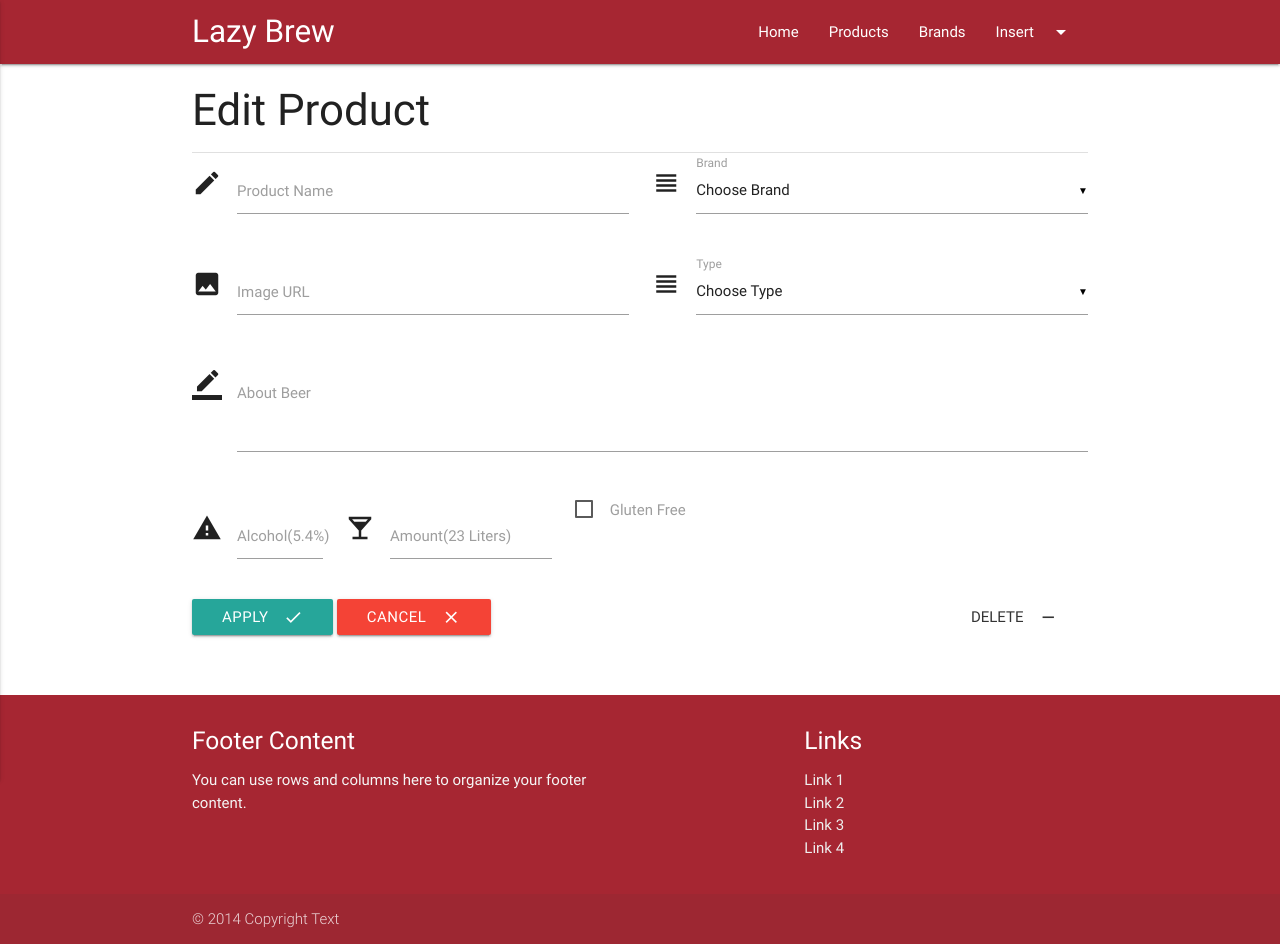
Repository: Leon2ev/lazy-brew
Page: templates/editproduct.html
The author's editor kept a record of every edit. The page is drawn from the files as they stood at one moment, then again after the next edit.
The browser window is 1280 px wide. The pictures show the whole page.
Some web libraries are served in a nearby version. The page is served by the project's application, run on Flask 3 (app.py). The template is opened directly, without the code that normally fills it, so the values that code supplies are empty.

Above is the page before.

### templates/editproduct.html
{% extends 'base.html' %}
{% block content %}
    <div class="container">
        <h3>Edit Product</h3>
        <div class="divider"></div>
        <form action="{{url_for('update_product', product_id=product._id)}}" method="POST" class="edit_product col s12">
            <div class="row">
                <div class="input-field col s12 l6">
                    <i class="material-icons prefix">create</i>
                    <input id="name" name="name" type="text" class="validate" value="{{product.name}}">
                    <label for="icon_prefix">Product Name</label>
                </div>
                <div class="input-field col s12 l6">
                    <i class="material-icons prefix">view_headline</i>
                    <select id="brand_id" name="brand_id">
                        <option value="" disabled selected>Choose Brand</option>
                        {% for brand in brands %}
                            {% if brand._id == product.brand_id %}
                                <option value={{brand._id}} selected >{{brand.name}}</option>
                            {% else %}
                                <option value="{{brand._id}}">{{brand.name}}</option>
                            {% endif %}
                        {% endfor %}
                    </select>
                    <label>Brand</label>
                </div>
            </div>
            <div class="row">
                <div class="input-field col s12 l6">
                    <i class="material-icons prefix">insert_photo</i>
                    <input id="image_url" name="image_url" type="text" class="validate" value="{{product.image_url}}">
                    <label for="icon_prefix">Image URL</label>
                </div>
                <div class="input-field col s12 l6">
                    <i class="material-icons prefix">view_headline</i>
                    <select id="type_id" name="type_id">
                        <option value="" disabled selected>Choose Type</option>
                        {% for type in types %}
                            {% if type._id == product.type_id %}
                                <option value="{{type._id}}" selected >{{type.name}}</option>
                            {% else %}
                                <option value="{{type._id}}">{{type.name}}</option>
                            {% endif %}
                        {% endfor %}
                    </select>
                    <label>Type</label>
                </div>
            </div>
            <div class="row">
                <div class="input-field col s12">
                    <i class="material-icons prefix">border_color</i>
                    <textarea id="textarea1" name="about" class="materialize-textarea">{{product.about}}</textarea>
                    <label for="icon_prefix">About Beer</label>
                </div>
            </div>
            <div class="row">
                <div class="input-field col s12 l2">
                    <i class="material-icons prefix">warning</i>
                    <input id="abv" name="abv" type="text" class="validate" value="{{product.abv}}">
                    <label for="icon_prefix">Alcohol(5.4%)</label>
                </div>
                <div class="input-field col s12 l3">
                    <i class="material-icons prefix">local_bar</i>
                    <input id="amount" name="amount" type="text" class="validate" value="{{product.amount}}">
                    <label for="icon_prefix">Amount(23 Liters)</label>
                </div>
                <div class="checkbox col s12 l2">
                    {% if product.gluten %}
                        <input type="checkbox" id="gluten" name="gluten" checked />
                    {% else %}
                        <input type="checkbox" id="gluten" name="gluten" />
                    {% endif %}
                    <label for="gluten">Gluten Free</label>
                </div>
            </div>
            <div class="row">
                <div class="col s12">
                    <button class="btn waves-effect waves-light" type="submit">Apply
                        <i class="material-icons right">check</i>
                    </button>
                    <a class="waves-effect waves-light btn modal-trigger red" href="#modal1">Cancel
                        <i class="material-icons right">clear</i>
                    </a>
                    <a class="waves-effect waves-light btn-flat right modal-trigger delete-btn" href="#modal2">Delete
                        <i class="material-icons right">remove</i>
                    </a>
                </div>
            </div>
        </form>
        <div class="row">
            <div id="modal1" class="modal">
                <div class="modal-content">
                    <h4>Are you agree to cancel?</h4>
                    <p>All changes will be lost and you will go back to description page.</p>
                </div>
                <div class="modal-footer">
                    <a href="#!" class="modal-action modal-close waves-effect waves-green btn-flat">Go Back</a>
                    <a href="{{url_for('get_description', product_id=product._id)}}" class="modal-action modal-close waves-effect waves-green btn-flat">Agree</a>
                </div>
            </div>
            <div id="modal2" class="modal">
                <div class="modal-content">
                    <h4>Are you agree to delete {{product.name}}?</h4>
                    <p>All data will be lost.</p>
                </div>
                <div class="modal-footer">
                    <a href="#!" class="modal-action modal-close waves-effect waves-green btn-flat">Go Back</a>
                    <a href="{{url_for('delete_product', product_id=product._id)}}" class="modal-action modal-close waves-effect waves-green btn-flat">Agree</a>
                </div>
            </div>
        </div>
    </div>
{% endblock %}

### templates/base.html
<!DOCTYPE html>
<html lang="en">
    <head>
        <meta charset="UTF-8">
        <meta name="viewport" content="width=device-width, initial-scale=1.0">
        <meta http-equiv="X-UA-Compatible" content="ie=edge">

        <title>Document</title>

        <link href="https://fonts.googleapis.com/icon?family=Material+Icons" rel="stylesheet">
        <link rel="stylesheet" href="https://cdnjs.cloudflare.com/ajax/libs/materialize/0.100.2/css/materialize.min.css">
        <link rel="stylesheet" href="{{url_for('static', filename='css/style.css')}}" type="text/css">
    </head>
    <body>
        <header>
            <nav class="navbar">
                <div class="container nav-wrapper">
                    <a href="{{url_for('home_page')}}" class="brand-logo">Lazy Brew</a>
                    <a href="#" data-activates="mobile-demo" class="button-collapse"><i class="material-icons">menu</i></a>
                    <ul class="right hide-on-med-and-down">
                        <li><a href="{{url_for('home_page')}}">Home</a></li>
                        <li><a href="{{url_for('get_products')}}">Products</a></li>
                        <li><a href="{{url_for('get_brands')}}">Brands</a></li>
                        <!-- Dropdown Trigger -->
                        <li><a class="dropdown-button" href="#!" data-activates="dropdown1">Insert<i class="material-icons right">arrow_drop_down</i></a></li>
                    </ul>
                    <!-- Dropdown Structure -->
                    <ul id="dropdown1" class="dropdown-content">
                        <li><a href="{{url_for('add_product')}}">Add Product</a></li>
                        <li class="divider"></li>
                        <li><a href="{{url_for('add_brand')}}">Add Brand</a></li>
                    </ul>
                    <ul class="side-nav" id="mobile-demo">
                        <li><a href="{{url_for('home_page')}}">Home</a></li>
                        <li><a href="{{url_for('get_products')}}">Products</a></li>
                        <li><a href="{{url_for('get_brands')}}">Brands</a></li>
                        <!-- Mobile Dropdown Trigger -->
                        <li><a class="dropdown-button" href="#!" data-activates="dropdown2">Insert<i class="material-icons right">arrow_drop_down</i></a></li>

                    </ul>
                    <!-- Dropdown Structure -->
                    <ul id="dropdown2" class="dropdown-content">
                        <li><a href="{{url_for('add_product')}}">Add Product</a></li>
                        <li class="divider"></li>
                        <li><a href="{{url_for('add_brand')}}">Add Brand</a></li>
                    </ul>
                </div>
            </nav>
        </header>
        {% block content %}{% endblock %}
        <footer class="page-footer">
            <div class="container">
                <div class="row">
                    <div class="col l6 s12">
                        <h5 class="white-text">Footer Content</h5>
                        <p class="grey-text text-lighten-4">You can use rows and columns here to organize your footer content.</p>
                    </div>
                    <div class="col l4 offset-l2 s12">
                        <h5 class="white-text">Links</h5>
                        <ul>
                            <li><a class="grey-text text-lighten-3" href="#!">Link 1</a></li>
                            <li><a class="grey-text text-lighten-3" href="#!">Link 2</a></li>
                            <li><a class="grey-text text-lighten-3" href="#!">Link 3</a></li>
                            <li><a class="grey-text text-lighten-3" href="#!">Link 4</a></li>
                        </ul>
                    </div>
                </div>
            </div>
            <div class="footer-copyright">
                <div class="container">
                    © 2014 Copyright Text
                </div>
            </div>
        </footer>
        <script src="https://cdnjs.cloudflare.com/ajax/libs/jquery/3.2.1/jquery.min.js"></script>
        <script src="https://cdnjs.cloudflare.com/ajax/libs/materialize/0.100.2/js/materialize.min.js"></script>
        <script type="text/javascript">
            $(document).ready(function() {
                $('select').material_select();
                $(".button-collapse").sideNav();
                $(".dropdown-button").dropdown({
                    belowOrigin: true
                    }
                );
                $('.modal').modal();
            });
        </script>
    </body>
</html>

### app.py
import os
from flask import Flask, render_template, redirect, request, url_for
from flask_pymongo import PyMongo
from bson.objectid import ObjectId

app = Flask(__name__)

# Connection to MongoDB

app.config["MONGO_DBNAME"] = 'beer_brewing'
app.config["MONGO_URI"] = os.getenv('MONGO_URI', 'mongodb://localhost')

mongo = PyMongo(app)

# App routes ------------------------------------------------------------

@app.route('/')

# Home page

@app.route('/home_page')
def home_page():
    return render_template("index.html",
    types=mongo.db.types.find())
# Product Routes
# Product selection

@app.route('/get_products')
def get_products():
    return render_template("products.html",
    products=mongo.db.products.find())

# Single product description

@app.route('/get_description/<product_id>')
def get_description(product_id):
    return render_template("description.html",
    brands=mongo.db.brands.find(),
    types=mongo.db.types.find(),
    product=mongo.db.products.find_one({"_id": ObjectId(product_id)}))

# Add product

@app.route('/add_product')
def add_product():
    return render_template("addproduct.html",
    brands=mongo.db.brands.find(),
    types=mongo.db.types.find())

# Proceed inserted data to mongo

@app.route('/insert_product', methods=["POST"])
def insert_product():
    products=mongo.db.products
    brand_id = request.form.get('brand_id')
    type_id = request.form.get('type_id')
    dictionary = {
        'name': request.form.get('name'),
        'brand_id': ObjectId(brand_id),
        'image_url': request.form.get('image_url'),
        'type_id': ObjectId(type_id),
        'about': request.form.get('about'),
        'abv': request.form.get('abv'),
        'amount': request.form.get('amount'),
        'gluten': request.form.get('gluten')
    }

    products.insert_one(dictionary)
    return redirect(url_for('get_products'))

# Edit product

@app.route('/edit_product/<product_id>')
def edit_product(product_id):
    return render_template("editproduct.html",
    product=mongo.db.products.find_one({"_id": ObjectId(product_id)}),
    brands=mongo.db.brands.find(),
    types=mongo.db.types.find())

# Update product

@app.route('/update_product/<product_id>', methods=["POST"])
def update_product(product_id):
    products=mongo.db.products
    brand_id = request.form.get('brand_id')
    type_id = request.form.get('type_id')
    products.update({'_id': ObjectId(product_id)},
    {
        'name': request.form.get('name'),
        'brand_id': ObjectId(brand_id),
        'image_url': request.form.get('image_url'),
        'type_id': ObjectId(type_id),
        'about': request.form.get('about'),
        'abv': request.form.get('abv'),
        'amount': request.form.get('amount'),
        'gluten': request.form.get('gluten')
    })
    return redirect(url_for('get_products'))

# Delete product

@app.route('/delete_product/<product_id>')
def delete_product(product_id):
    mongo.db.products.remove({'_id': ObjectId(product_id)})
    return redirect(url_for('get_products'))

# Brand Routes
# Add Brand

@app.route('/get_brands')
def get_brands():
    return render_template("brands.html",
    brands=mongo.db.brands.find())

@app.route('/add_brand')
def add_brand():
    return render_template("addbrand.html")

# Proceed inserted data to mongo

@app.route('/insert_brand', methods=["POST"])
def insert_brand():
    brands=mongo.db.brands
    brands.insert_one(request.form.to_dict())
    return redirect(url_for('get_brands'))

# Edit brand

@app.route('/edit_brand/<brand_id>')
def edit_brand(brand_id):
    return render_template("editbrand.html",
    brand=mongo.db.brands.find_one({"_id": ObjectId(brand_id)}))

# Update brand

@app.route('/update_brand/<brand_id>', methods=["POST"])
def update_brand(brand_id):
    brands=mongo.db.brands
    brands.update({'_id': ObjectId(brand_id)},
    {
        'name': request.form.get('name'),
        'country': request.form.get('country'),
        'website_URL': request.form.get('website_URL'),
        'instruction_URL': request.form.get('instruction_URL'),
    })
    return redirect(url_for('get_brands'))

# Delete brand

@app.route('/delete_brand/<brand_id>')
def delete_brand(brand_id):
    mongo.db.brands.remove({'_id': ObjectId(brand_id)})
    return redirect(url_for('get_brands'))

if __name__ == "__main__":
    app.run(host=os.environ.get('IP'),
        port=int(os.environ.get('PORT')),
        debug=True)

### static/css/style.css
/*Background image Homepage*/
.bg-img {
    background-image: url(https://i.imgur.com/lFnh2xG.jpg);
    background-repeat: no-repeat;
    background-position: center center;
    background-attachment: fixed;
    background-size: cover;
    background-color: black;
    height: 100%;
    padding-top: 50px;
    padding-bottom: 50px;
}

/*Content home page*/
.bg-content {
    background-color: rgb(0,0,0, 0.5);
    color: white;
    border-radius: 10px;
}

/*Navbar*/
.navbar {
    background-color: #a62632;
}

/*Footer*/
.page-footer {
    background-color: #a62632;
}

/*Button*/
.btn {
    margin-bottom: 20px;
}

/*Cards Products page*/
.card.medium .card-image {
    max-height: 65%;
}

.card.medium .card-content {
    padding: 15px;
}

.card .card-action a:not(.btn):not(.btn-large):not(.btn-large):not(.btn-floating) {
    color: #26a69a;
}

/*Description page*/

.description-container {
    margin-top: 35px;
    margin-bottom: 35px;
}

.description-image {
    width: 100%;
    height: auto;
}

After the next edit:
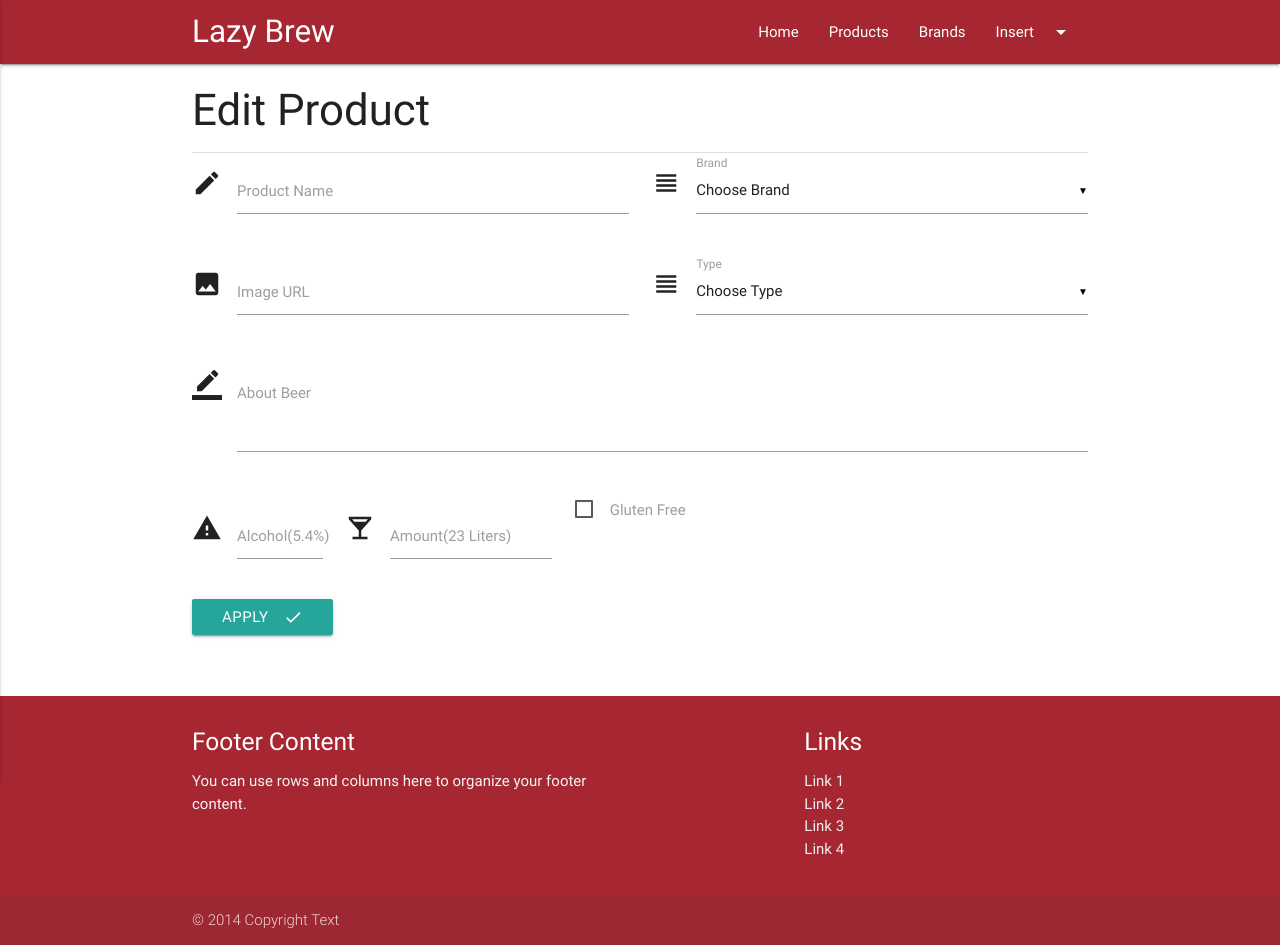
The edit:
--- a/templates/editproduct.html
+++ b/templates/editproduct.html
@@ -78,13 +78,8 @@
                     <button class="btn waves-effect waves-light" type="submit">Apply
                         <i class="material-icons right">check</i>
                     </button>
-                    <a class="waves-effect waves-light btn modal-trigger red" href="#modal1">Cancel
-                        <i class="material-icons right">clear</i>
-                    </a>
-                    <a class="waves-effect waves-light btn-flat right modal-trigger delete-btn" href="#modal2">Delete
-                        <i class="material-icons right">remove</i>
-                    </a>
                 </div>
+                <div class="col s12 l6"></div>
             </div>
         </form>
         <div class="row">
